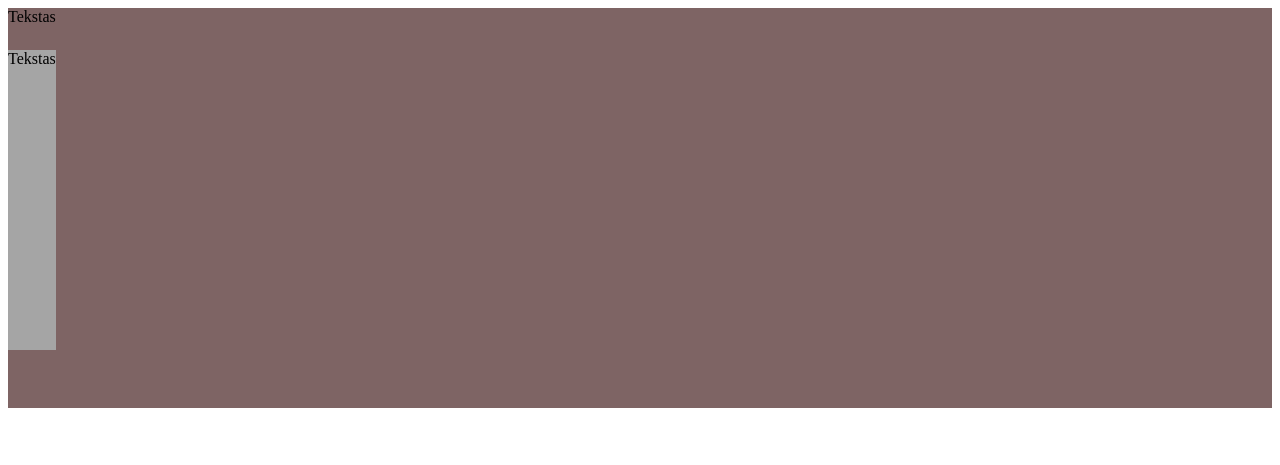
Repository: motiejus1/13-paskaita-05.31
Page: index.html
An editor plug-in stored every save of this project. The page is shown before and after a run of saves, followed by the edit.
The browser window is 1280 px wide. The pictures show the whole page.

Above is the page before, as saved 2021-06-21 19:28:21.

### index.html
<!DOCTYPE html>
<html lang="en">
<head>
    <meta charset="UTF-8">
    <meta http-equiv="X-UA-Compatible" content="IE=edge">
    <meta name="viewport" content="width=device-width, initial-scale=1.0">
    <title>13 paskaita</title>
    <style>
        .container {
            height: 300px;
            background-color: rgb(165, 165, 165) ;
            position: absolute;
            top: 50px;
        }

        .container1 {
            height: 400px;
            background-color: rgb(126, 100, 100) ;
        }
    </style>


</head>

<body>
<!-- position relative ir position absolute -->

<div class="container">
Tekstas
</div>



<div class="container1">
    Tekstas
</div>

</body>
</html>

After the next 3 saves:
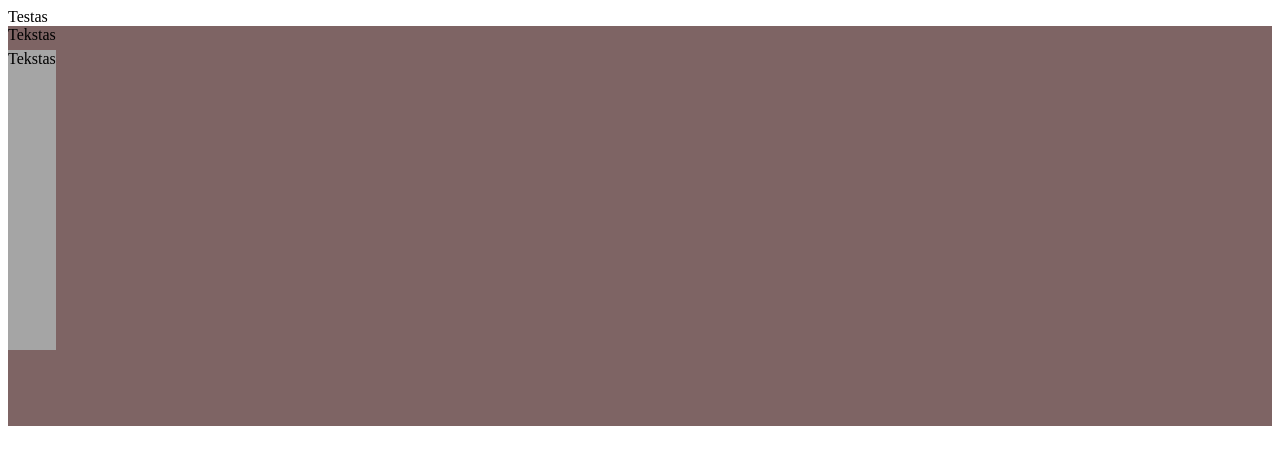
The 3 saves are shown as one change because they came seconds apart.
The last was saved 13 s later.
--- a/index.html
+++ b/index.html
@@ -29,7 +29,9 @@
 Tekstas
 </div>
 
-
+<div class="kvadratelis">
+    Testas
+</div>
 
 <div class="container1">
     Tekstas
